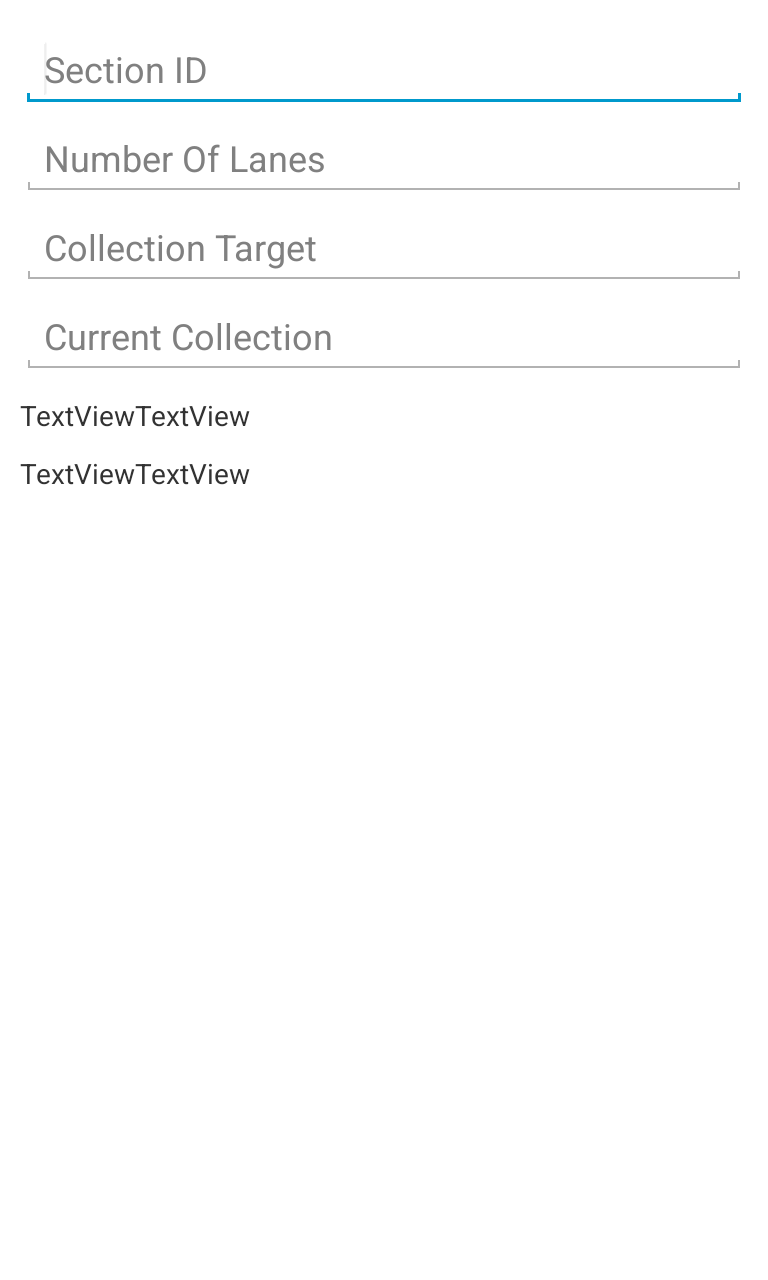
Repository: greatrakshit/Personal
Layout: POIRecorder/res/layout/activity_toll_booth.xml
The author's editor kept a copy of each file at every save. The layout is drawn from the files as they stood at one save, then again after the next save.
It is drawn on a 768 x 1280 px phone screen (xhdpi) without system bars, with theme AppTheme; the app's code is not run.

Above is the layout before, as saved 2014-09-14 13:19:16.

After the next save:
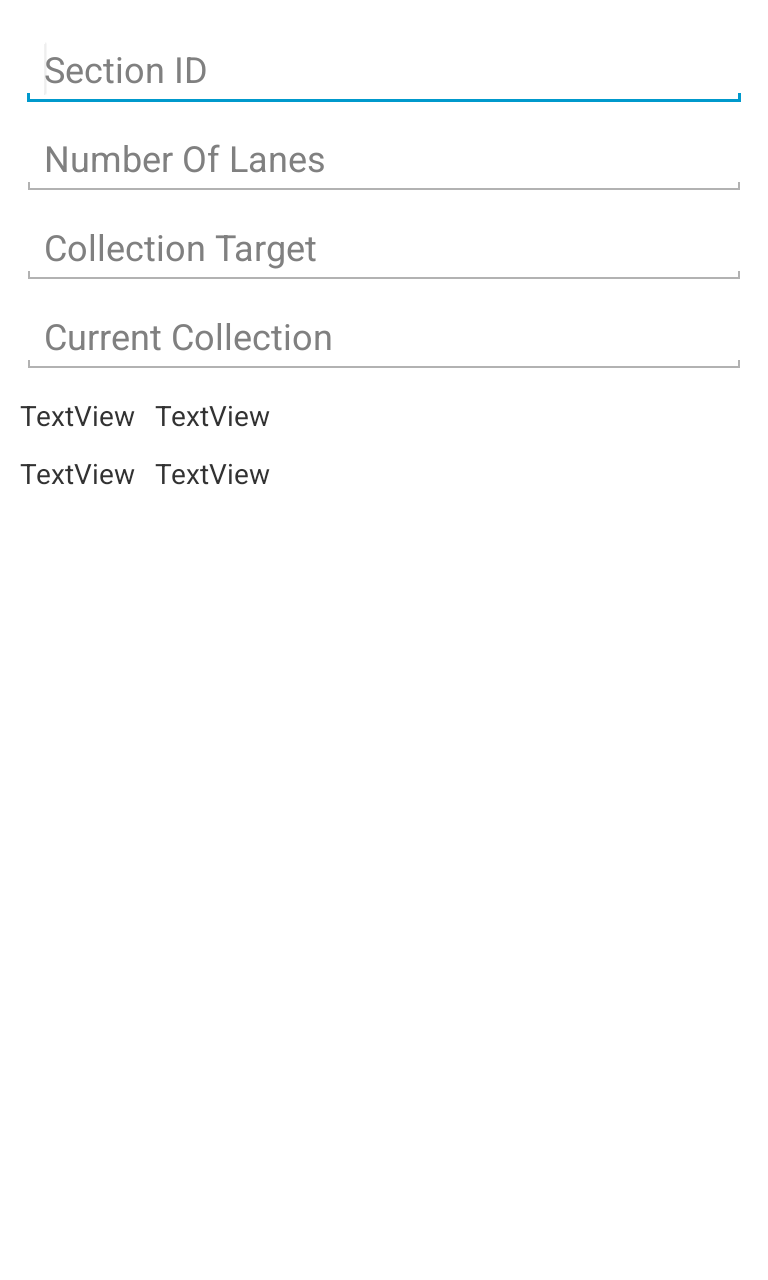
Saved 30 s later.
--- a/POIRecorder/res/layout/activity_toll_booth.xml
+++ b/POIRecorder/res/layout/activity_toll_booth.xml
@@ -52,6 +52,7 @@
             android:id="@+id/textView1"
             android:layout_width="wrap_content"
             android:layout_height="wrap_content"
+            android:layout_marginRight="10dp"
             android:text="TextView" />
 
         <TextView
@@ -70,6 +71,7 @@
             android:id="@+id/textView3"
             android:layout_width="wrap_content"
             android:layout_height="wrap_content"
+            android:layout_marginRight="10dp"
             android:text="TextView" />
 
         <TextView
